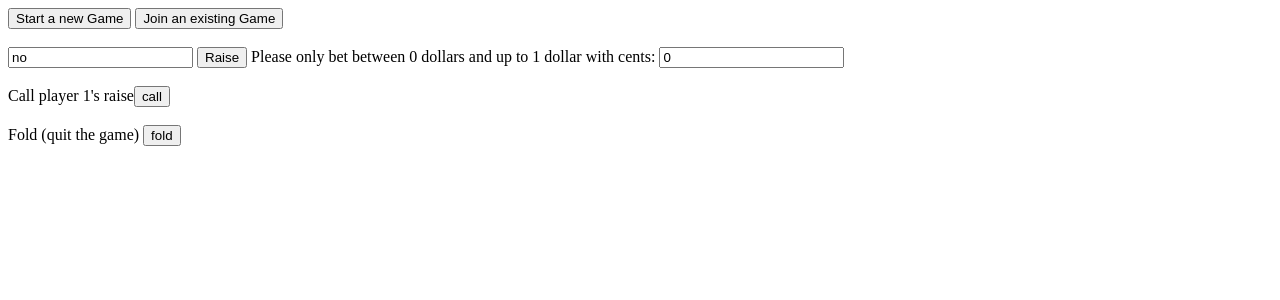
Repository: J2EEBeliever/ISA681_Poker2
Page: http://localhost/StrutsAjax/WEB-INF/game.jsp
These files come from the project's save history. The page is drawn as it stood at one moment and after the next save; the edit follows.
The browser window is 1280 px wide. The pictures show the whole page.
The page is served by Tomcat 9. Nobody is signed in. Other server files are loaded and not shown. The template is opened directly, without the code that normally fills it, so the values that code supplies are empty.

Above is the page before, as saved 2015-12-08 19:21:59.

### SOURCE/StrutsAjax/WebContent/WEB-INF/game.jsp
<%@ page contentType="text/html; charset=UTF-8"%>
<%@ taglib prefix="s" uri="/struts-tags"%>
<html>
<head>
<title>Ajax in Struts</title>

<script language="javascript" type="text/javascript">

/*
 * Author: Linus Freeman
 *
 */


//Browser Support Code
function ajaxFunctionbk(){

//	alert('executing ajaxFunction()');
	var ajaxRequest;  // The variable that makes Ajax possible!

	try{
		// Opera 8.0+, Firefox, Safari
		ajaxRequest = new XMLHttpRequest();
		alert('executing ajaxFunction() #10');

	} catch (e){
		// Internet Explorer Browsers

		alert('executing ajaxFunction() #20');

		try{
			ajaxRequest = new ActiveXObject("Msxml2.XMLHTTP");
		} catch (e) {
			try{
				ajaxRequest = new ActiveXObject("Microsoft.XMLHTTP");
			} catch (e){
				// Something went wrong
				alert("Your browser broke!");
				return false;
			}
		}

	}

//	alert('executing ajaxFunction() #30');


	// Create a function that will receive data sent from the server
	ajaxRequest.onreadystatechange = function(){
		if(ajaxRequest.readyState == 4){
			var ajaxDisplay = document.getElementById('ajaxDiv');
			ajaxDisplay.innerHTML = ajaxRequest.responseText;
		}
	}
//	var age = document.getElementById('age').value;
//	var wpm = document.getElementById('wpm').value;
//	var sex = document.getElementById('sex').value;
//	var queryString = "?age=" + age + "&wpm=" + wpm + "&sex=" + sex;

//	alert('executing ajaxFunction() #40');


var queryString = '?playerContent=yes';
	ajaxRequest.open("GET", 'ajaxLogicAction' + queryString, true);
	ajaxRequest.send(null);

//	alert('executing ajaxFunction() #50');

}

</script>


<script src="js/jquery-1.6.2.js" type="text/javascript"></script>
<script type="text/javascript">

function joinGameNow(gameNumber) {


	//alert('#30 exuting javaScript Function joinGameNow(gamePlayer1UserName)');


	$.ajax({
		type : "POST",
		url : '${pageContext.request.contextPath}/joinGameNow.html?gameNumber=' + gameNumber ,
		success : function(response) {
			$('.result').html(response);
		}
	});

	var isGameOver = doeucment.getElementById('IsGameOver');

	if(isGameOver.value == 'yes') {

	}
	else {

		setTimeout(waitForTurnOrGameToStart,5000);

	}


}

function playerContent() {

//	alert('#10');


	$.ajax({
		type : "POST",
		url : '${pageContext.request.contextPath}/getPlayerTurn.html',
		success : function(response) {
			$('.result').html(response);
		}
	});
}

function raise(actionType) {

//	alert('In method raise()');

	var betAmount_ = document.getElementById('betAmount');

//	alert('betAmount = ' + betAmount_.value);

	var betAmountFloat_ = parseFloat(betAmount.value);

	if(betAmountFloat_ <= 0 || betAmountFloat_ > 1.00  ) {

		alert('Bet Amount muset be greater than 0 and less than equal to 1.00 dollar.');


		return;

	}


	$.ajax({
		type : "POST",
		url : '${pageContext.request.contextPath}/raise.html?betAmount=' + betAmountFloat_ + '&actionType=' + actionType,
		success : function(response) {
			$('.result').html(response);
		}
	});



	var isGameOver = doeucment.getElementById('IsGameOver');

	if(isGameOver.value == 'yes') {

	}
	else {

		setTimeout(waitForTurnOrGameToStart,5000);

	}



}

function waitForTurnOrGameToStart() {

//	alert('In method waitForTurnOrGameToStart()');

//	alert('waitForTurnOrGameToStart JavaScript function');



	$.ajax({
		type : "POST",
		url : '${pageContext.request.contextPath}/waitForTurnOrGameToStart.html',
		success : function(response) {
			$('.result').html(response);
		}
	});


	var isGameOver = doeucment.getElementById('IsGameOver');

	if(isGameOver.value == 'yes') {

	}
	else {

		setTimeout(waitForTurnOrGameToStart,5000);

	}



}


$(document).ready(function() {


	/*)
		$('#joinGameNow1').click(function() {
			$.ajax({
				type : "POST",
				url : '${pageContext.request.contextPath}/joinGameNow1.html',
				success : function(response) {
					$('.result').html(response);
				}
			});
		});
	*/

	/*
		$('#joinGameNow1').click(function() {
			$.ajax({
				type : "POST",
				url : '${pageContext.request.contextPath}/joinGameNow1.html',
				success : function(response) {
					$('.result').html(response);
				}
			});


		});

		*/

		$('#buttonJoinGame2').click(function() {
			$.ajax({
				type : "POST",
				url : '${pageContext.request.contextPath}/joinGame2.html',
				success : function(response) {
					$('.result').html(response);
				}
			});


		});


		$('#buttonNewGame').click(function() {
			$.ajax({
				type : "POST",
				url : '${pageContext.request.contextPath}/newGame.html',
				success : function(response) {
					$('.result').html(response);
				}
			});


			var isGameOver = doeucment.getElementById('IsGameOver');

			if(isGameOver.value == 'yes') {

			}
			else {

				setTimeout(waitForTurnOrGameToStart,5000);

			}



		});


/*
		$('#buttonJoinGame').click(function() {
			$.ajax({
				type : "POST",
				url : '${pageContext.request.contextPath}/joinGame.html',
				success : function(response) {
					$('.result').html(response);
				}
			});
		});
*/

		$('#buttonHello').click(function() {
			$.ajax({
				type : "POST",
				url : '${pageContext.request.contextPath}/hello.html',
				success : function(response) {
					$('.result').html(response);
				}
			});
		});

		$('#buttonSum').click(function() {
			$.ajax({
				type : "GET",
				data : {
					a : 1,
					b : 2
				},
				url : '${pageContext.request.contextPath}/sum.html',
				success : function(response) {
					$('.result').html(response);
				}
			});
		});

		$('#buttonFind').click(function() {
			$.ajax({
				type : "GET",
				headers : {
					Accept : "application/json; charset=utf-8",
					"Content-Type" : "application/json; charset=utf-8"
				},
				url : '${pageContext.request.contextPath}/find.html',
				success : function(response) {
					var result = 'Id: ' + response.sp.id + '<br>Name: ' + response.sp.name + '<br>Price: ' + response.sp.price;
					$('.result').html(result);
				}
			});
		});

		//buttonJoinGame

	/*
		$('#buttonJoinGame').click(function() {
			$.ajax({
				type : "GET",
				headers : {
					Accept : "application/json; charset=utf-8",
					"Content-Type" : "application/json; charset=utf-8"
				},
				url : '${pageContext.request.contextPath}/joinGame.html',
				success : function(response) {
					var n = response.lu.length;
					var result = '';
					for(var i=0; i<n; i++)
						//result += '<br><a href = "${pageContext.request.contextPath}/joinGameNow.html?gameUserName="' + response.lu[i].userName + '" value = "' + response.lu[i].userName + '">';
						result += '<br>' + response.lu[i].userName + '<br>';
					$('.result').html(result);
				}
			});
		});
	*/


		$('#buttonFindAll').click(function() {
			$.ajax({
				type : "GET",
				headers : {
					Accept : "application/json; charset=utf-8",
					"Content-Type" : "application/json; charset=utf-8"
				},
				url : '${pageContext.request.contextPath}/findall.html',
				success : function(response) {
					var n = response.lp.length;
					var result = '';
					for(var i=0; i<n; i++)
						result += '<br>Id: ' + response.lp[i].id + ' - Name: ' + response.lp[i].name + ' - Price: ' + response.lp[i].price;
					$('.result').html(result);
				}
			});
		});

	});
</script>
</head>


<body onloadbk="setTimeout(playActiveGame,5000)">

	<input type="button" value="Start a new Game" id="buttonNewGame">
	<!-- input type="button" value="Join an existing Game" id="buttonJoinGame" -->
	<input type="button" value="Join an existing Game" id="buttonJoinGame2">

	<BR>
	<BR>
	<input type="hjidden" id = "IsGameOver" name = "IsGameOver" value = "no" >
	<input type="button" name="raise" value="Raise" id="raise"
		onclick="raise('raise')"> Please only bet between 0 dollars and up to
	1 dollar with cents:
	<input type="text" name="betAmount" value="0" id="betAmount">
	<BR><BR>
	Call player 1's raise<input type="button" name="call" value="call" id="call"
		onclick="raise('call')" ><BR><BR>
	Fold (quit the game) <input type="button" name="fold" value="fold" id="fold"
		onclick="fold()" >



	<!--   input type="button" value="Hello" id="buttonHello">
	<input type="button" value="Sum" id="buttonSum">
	<input type="button" value="Find" id="buttonFind">
	<input type="button" value="Find All" id="buttonFindAll" -->
	<br>
	<div class="result"></div>
	<BR>
	<BR>
	<div class="result2"></div>


</body>
</html>

Loaded but not shown: SOURCE/StrutsAjax/WebContent/js/jquery-1.6.2.js (library)

After the next save:
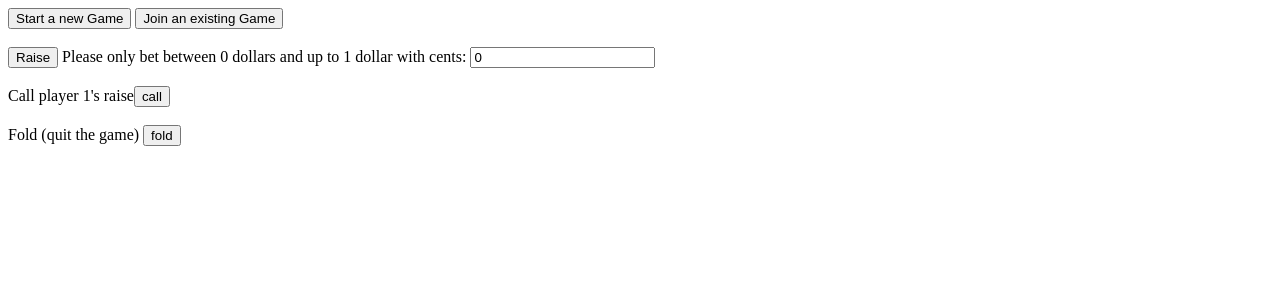
Saved 2 min 28 s later.
--- a/SOURCE/StrutsAjax/WebContent/WEB-INF/game.jsp
+++ b/SOURCE/StrutsAjax/WebContent/WEB-INF/game.jsp
@@ -369,14 +369,14 @@ $(document).ready(function() {
 
 	<BR>
 	<BR>
-	<input type="hjidden" id = "IsGameOver" name = "IsGameOver" value = "no" >
+	<input type="hidden" id = "IsGameOver" name = "IsGameOver" value = "no" >
 	<input type="button" name="raise" value="Raise" id="raise"
 		onclick="raise('raise')"> Please only bet between 0 dollars and up to
 	1 dollar with cents:
 	<input type="text" name="betAmount" value="0" id="betAmount">
 	<BR><BR>
 	Call player 1's raise<input type="button" name="call" value="call" id="call"
-		onclick="raise('call')" ><BR><BR>
+		onclick="raise('call')"> <BR><BR>
 	Fold (quit the game) <input type="button" name="fold" value="fold" id="fold"
 		onclick="fold()" >
 
